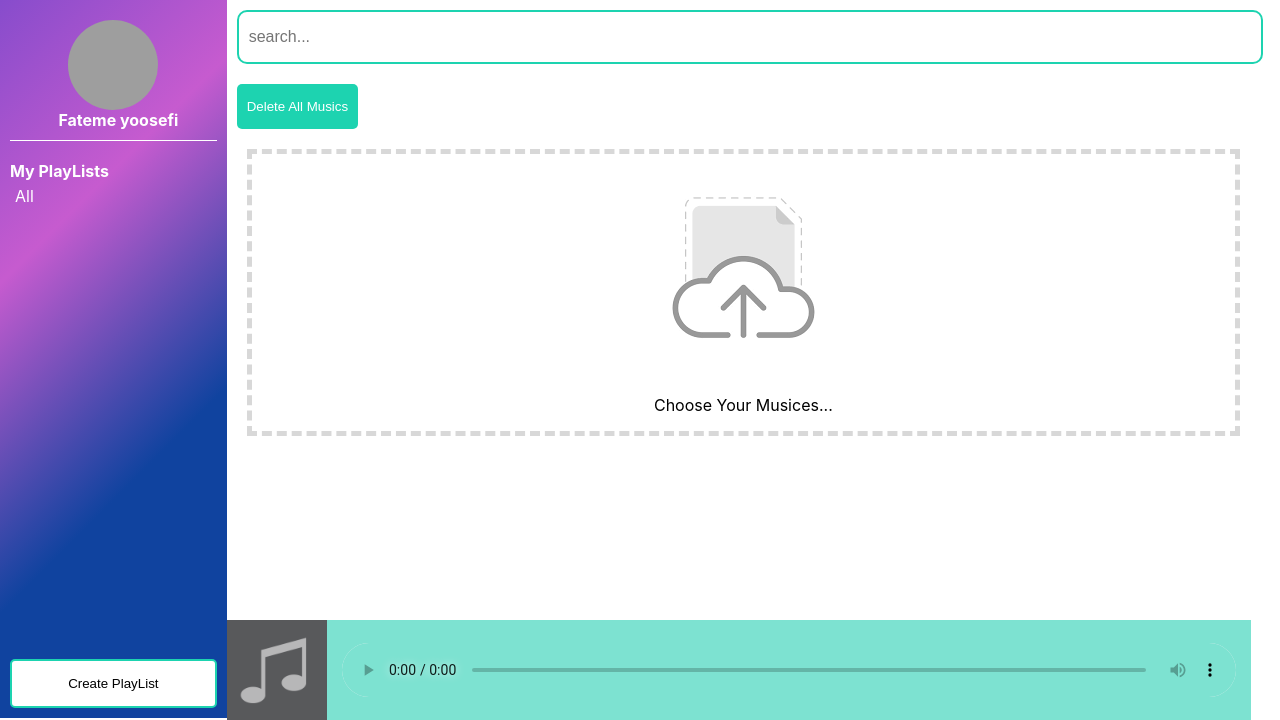
Repository: fateme81yosefi/musicPlayer
Page: /
The author's editor kept a copy of each file at every save. The page is drawn from the files as they stood at one save, then again after the next save.
The browser window is 1280 px wide. The pictures show the whole page.
Pictures or frames that could not be fetched are drawn as grey boxes. The project was rebuilt for these pictures with package versions that can differ from the ones it lists, and the page was loaded fresh each time.

Above is the page before, as saved 2025-06-28 13:46:28.

After the next save:
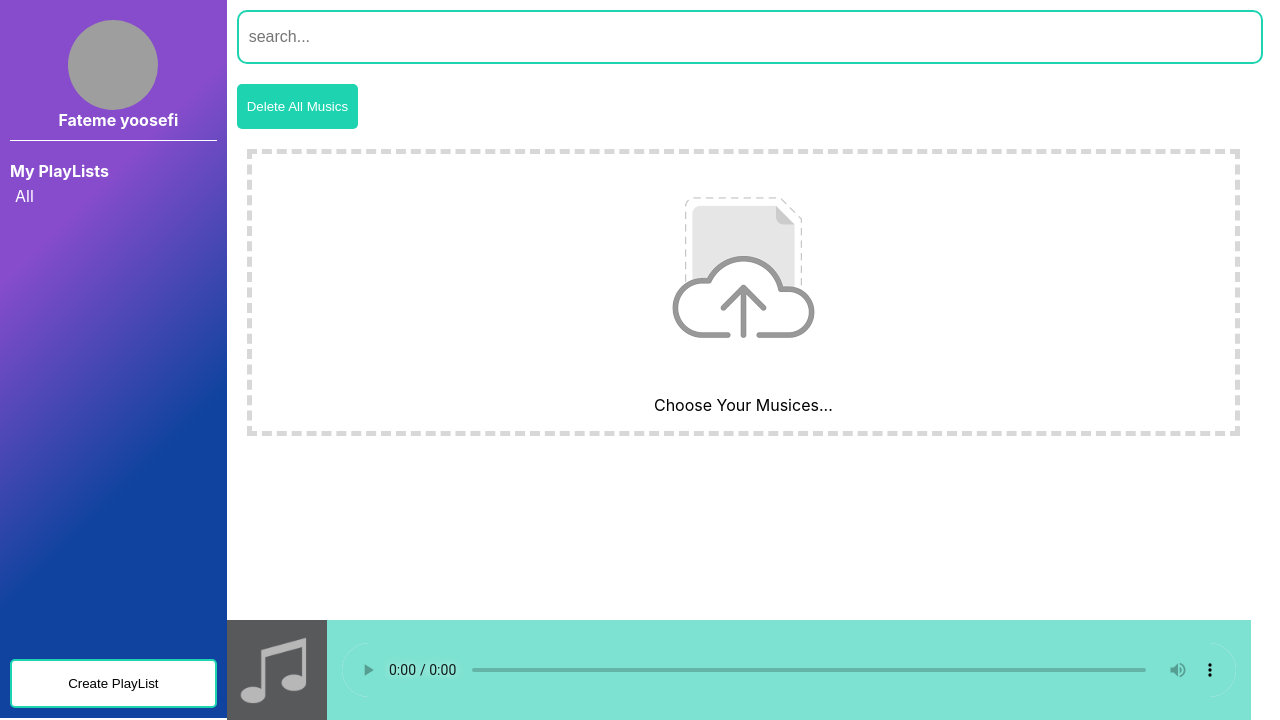
Saved 9 s later.
--- a/src/Components/MainPage/MainPage.css
+++ b/src/Components/MainPage/MainPage.css
@@ -7,7 +7,7 @@
   background: linear-gradient(
     135deg,
     #874CCC 0%,
-    #C65BCF 30%,
+    #874CCC 30%,
     #10439F 65%,
     #10439F 100%
   );
